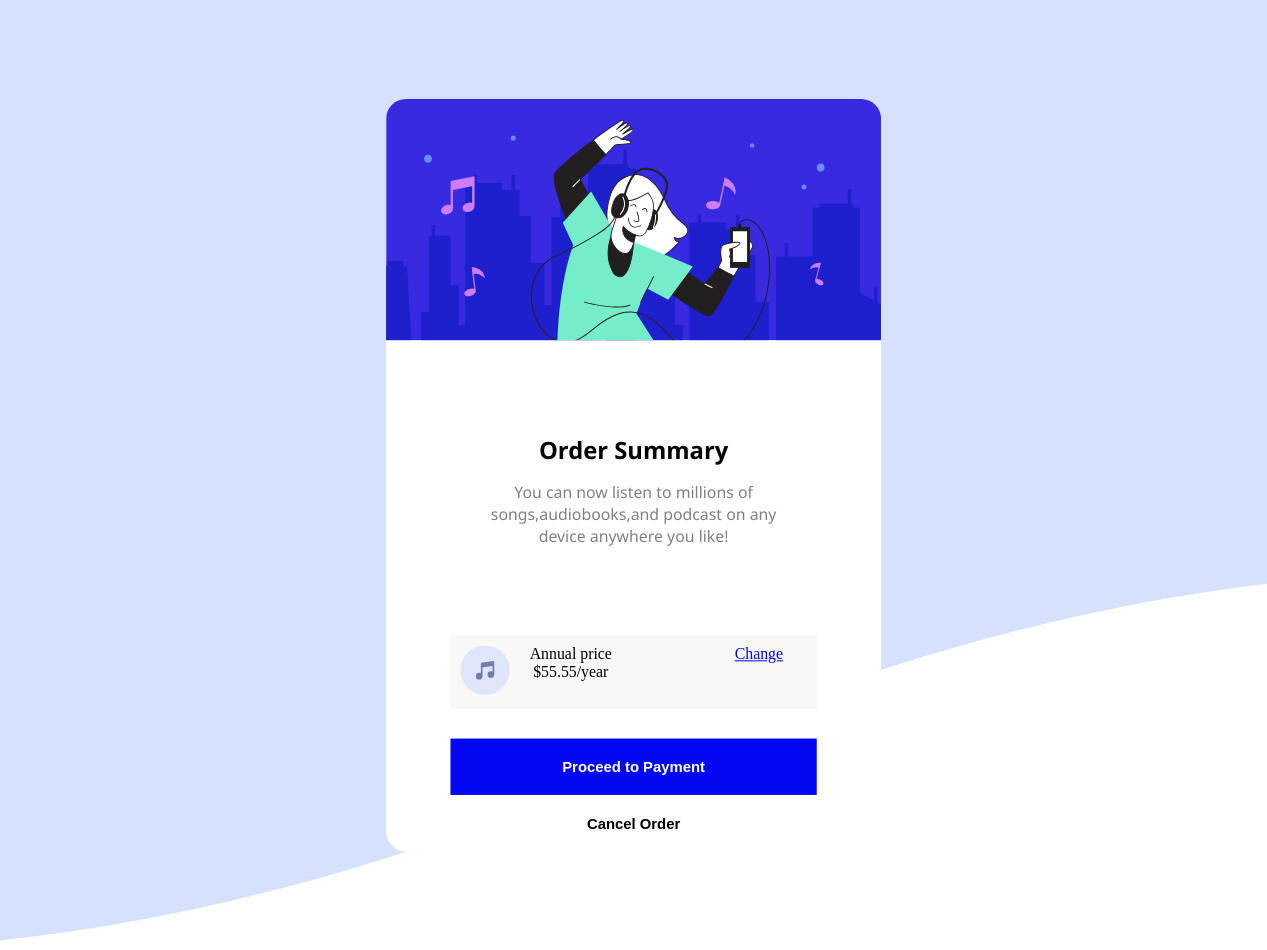
Repository: Eugene44-hub/newbie-project
Page: index.html
An editor plug-in stored every save of this project. The page is shown before and after the next save, followed by the edit.
The browser window is 1280 px wide. The pictures show the whole page, at 99% of full size.

Above is the page before, as saved 2021-08-29 05:11:37.

### index.html
<!DOCTYPE html>
<html lang="en">

<head>
    <link rel="stylesheet" href="style.css">
    <meta charset="UTF-8">
    <meta http-equiv="X-UA-Compatible" content="IE=edge">
    <meta name="viewport" content="width=device-width, initial-scale=1.0">
    <title>Document</title>
</head>

<body>
    <div class="container">

        <div class="card-container">
            <div class="card">
                <div class="content">
                    <div class="image"> <img src="illustration-hero.svg"></div>

                    <div class="text">
                        <h2>Order Summary</h2>
                        <p>You can now listen to millions of songs,audiobooks,and podcast on any device anywhere you like!</p>
                    </div>
                    <div class="musicCard">
                        <div class=musicIcon> <img src="icon-music.svg" id="icon" alt=""></div>
                        <div class="sub">Annual price <br>$55.55/year
                        </div>
                        <div class="link">
                            <a href="#">Change</a>
                        </div>

                    </div>
                    <button id="proceed">
                        Proceed to Payment
                    </button >
                    <button id="cancel">
                        Cancel Order
                    </button>
                </div>

            </div>
        </div>

    </div>
</body>

</html>

### style.css
* {
    padding: 0;
    margin: 0;
}

.container {
    background-image: url('pattern-background-desktop.svg');
    background-repeat: no-repeat;
    background-position: center;
    background-size: cover;
    padding: 100px;
}

.card-container {
    display: flex;
    justify-content: center;
    width: 100%;
}

img {
    width: 100%;
    border-top-left-radius: 20px;
    border-top-right-radius: 20px;
}

.image {}

.content {
    text-align: center;
    background-color: white;
    border-radius: 20px;
    max-width: 500px;
    box-shadow: 3px 16px 13px rgb(226, 224, 224), 3px;
}

h2,
p {
    font-family: 'Segoe UI', Tahoma, Geneva, Verdana, sans-serif;
}

.text {
    padding: 90px;
}

h2 {
    margin-bottom: 15px;
}

p {
    color: grey;
}

.musicCard {
    display: flex;
    justify-content: center;
    align-content: center;
    width: 70%;
    margin: auto;
    background-color: rgb(248, 248, 247);
    padding: 10px;
    flex-wrap: wrap;
}

.link {
    flex: 10%;
    margin-left: 100px;
}

.musicIcon {
    flex: 80%;
    max-width: 50px;
    margin-right: 20px;
}

.price {
    flex: 10%;
    text-align: right;
}

button {
    width: 74%;
    padding: 20px;
    border: none;
    margin-top: 30px;
    font-size: 15px;
    font-weight: bold;
}

#cancel {
    background-color: white;
    margin-top: 0;
}

#proceed {
    background-color: rgb(3, 7, 243);
    color: white;
}

After the next save:
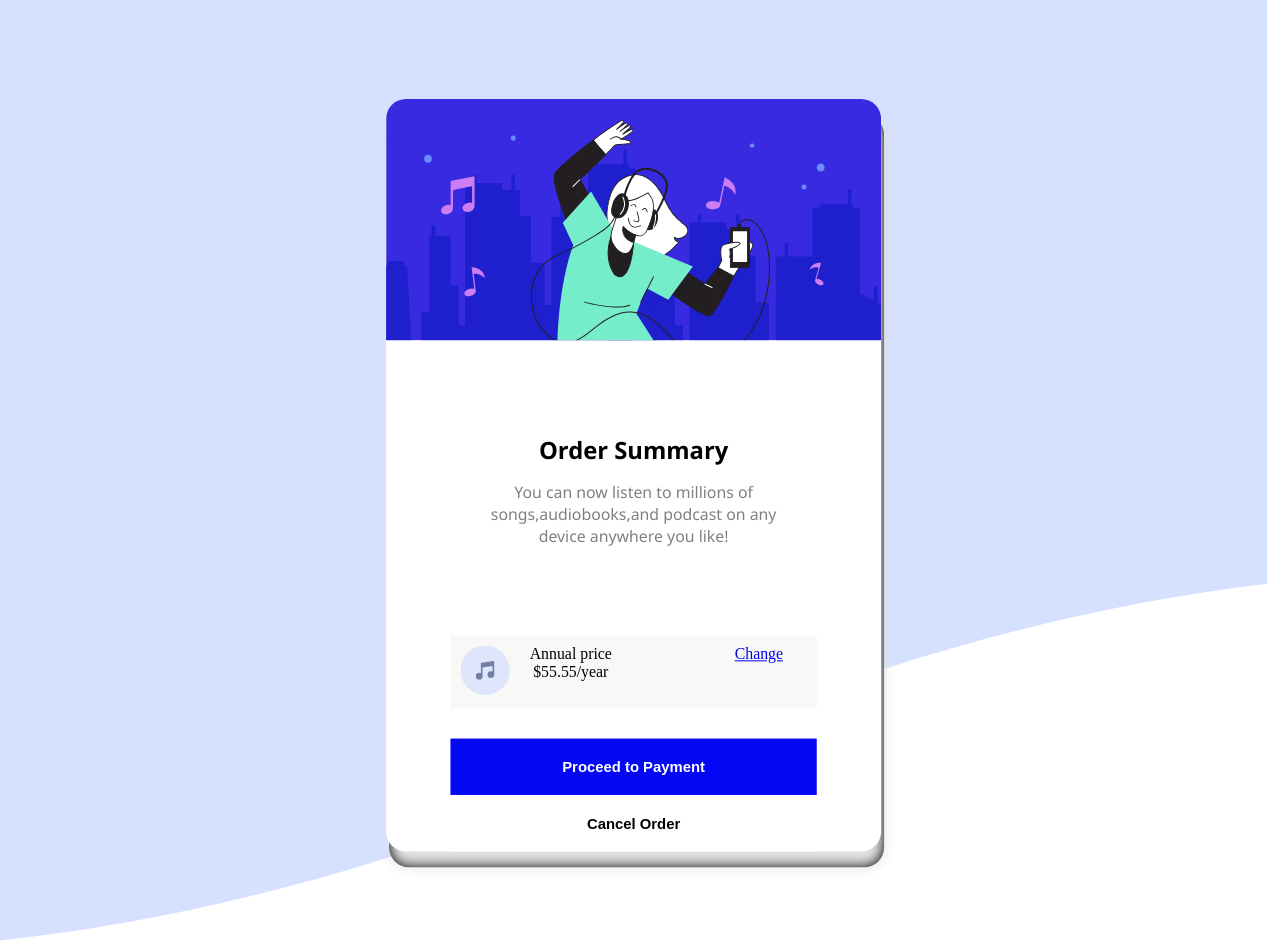
Saved 7 s later.
--- a/style.css
+++ b/style.css
@@ -30,7 +30,7 @@
     background-color: white;
     border-radius: 20px;
     max-width: 500px;
-    box-shadow: 3px 16px 13px rgb(226, 224, 224), 3px;
+    box-shadow: 3px 16px 13px rgb(226, 224, 224), 3px 16px;
 }
 
 h2,

After the save that followed:
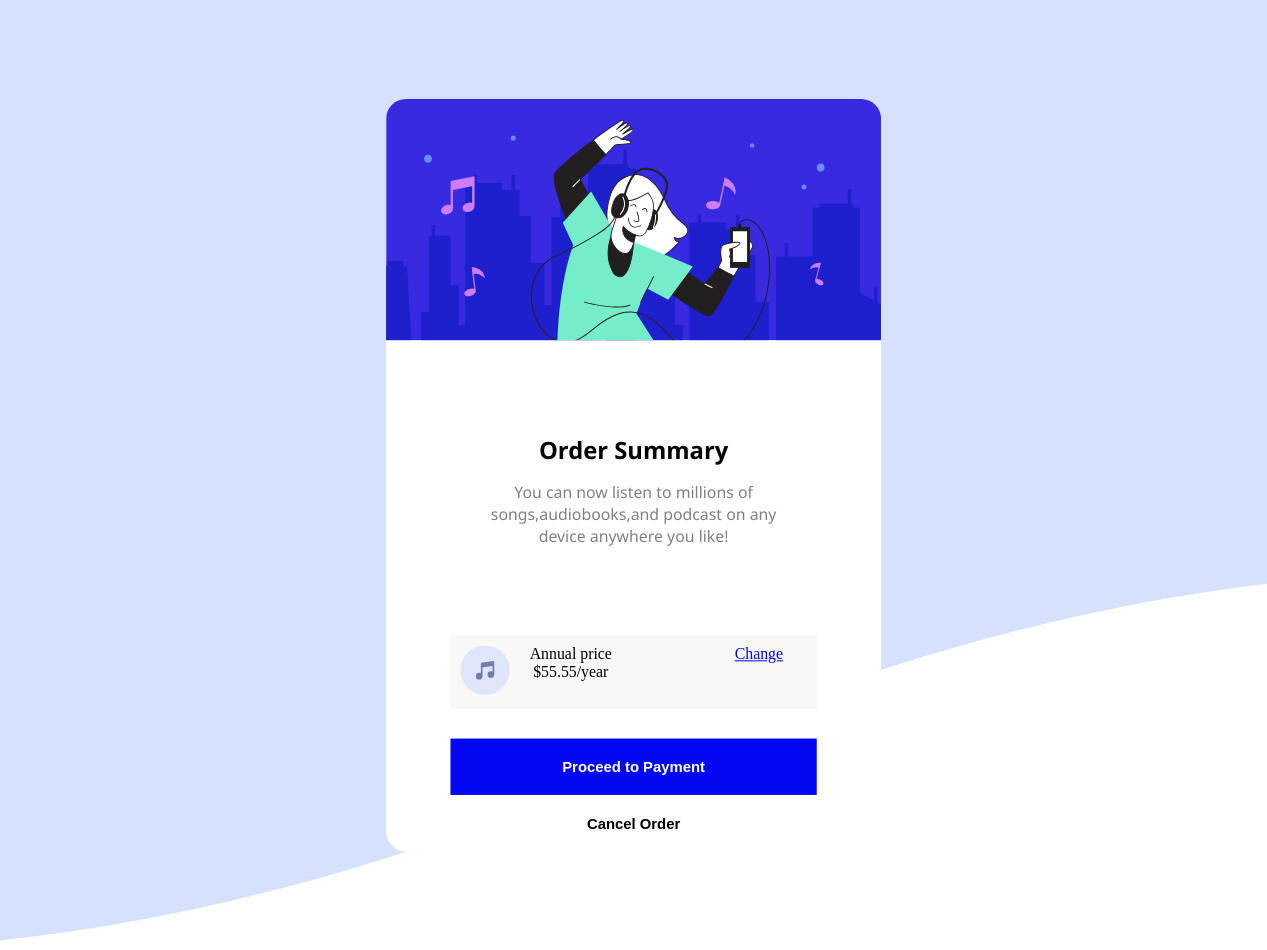
Saved 8 s later.
--- a/style.css
+++ b/style.css
@@ -30,7 +30,7 @@
     background-color: white;
     border-radius: 20px;
     max-width: 500px;
-    box-shadow: 3px 16px 13px rgb(226, 224, 224), 3px 16px;
+    box-shadow: 3px 16px 13px rgb(226, 224, 224), 3px 16px-;
 }
 
 h2,
